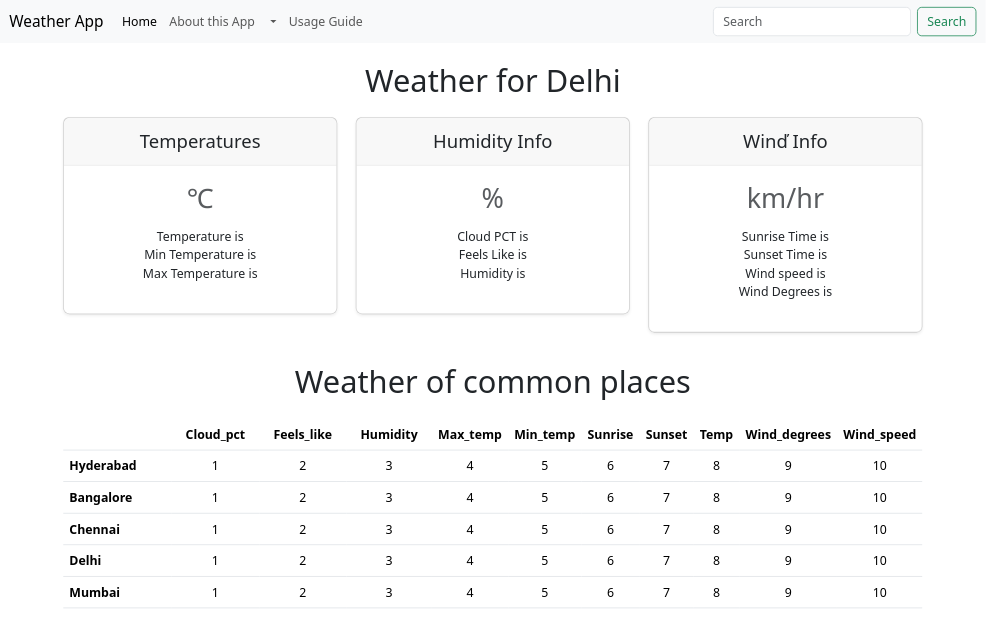
Repository: Abhilash2909/weather
Page: index.html
The author's editor kept a copy of each file at every save. The page is drawn from the files as they stood at one save, then again after a run of saves.
The browser window is 1280 px wide. The page is 1280 px wide, then 1292 px, so the pictures cover 1292 px, including what lies to the right of the window. The pictures show the whole page, at 77% of full size.
The page's requests for data from a server got no answer.

Above is the page before, as saved 2024-02-11 16:54:37.

### index.html
<!doctype html>
<html lang="en">
  <head>
    <meta charset="utf-8">
    <meta name="viewport" content="width=device-width, initial-scale=1">
    <title>My Weather App</title>
    <link href="https://cdn.jsdelivr.net/npm/bootstrap@5.3.2/dist/css/bootstrap.min.css" rel="stylesheet" integrity="sha384-T3c6CoIi6uLrA9TneNEoa7RxnatzjcDSCmG1MXxSR1GAsXEV/Dwwykc2MPK8M2HN" crossorigin="anonymous">
  </head>
  <body>
    <nav class="navbar navbar-expand-lg bg-body-tertiary">
        <div class="container-fluid">
          <a class="navbar-brand" href="#">Weather App</a>
          <button class="navbar-toggler" type="button" data-bs-toggle="collapse" data-bs-target="#navbarSupportedContent" aria-controls="navbarSupportedContent" aria-expanded="false" aria-label="Toggle navigation">
            <span class="navbar-toggler-icon"></span>
          </button>
          <div class="collapse navbar-collapse" id="navbarSupportedContent">
            <ul class="navbar-nav me-auto mb-2 mb-lg-0">
              <li class="nav-item">
                <a class="nav-link active" aria-current="page" href="#">Home</a>
              </li>
              <li class="nav-item">
                <a class="nav-link" href="#">About this App</a>
              </li>
              <li class="nav-item dropdown">
                <a class="nav-link dropdown-toggle" href="#" role="button" data-bs-toggle="dropdown" aria-expanded="false">
                </a>
                <ul class="dropdown-menu">
                  <li><a class="dropdown-item" href="#">Delhi</a></li>
                  <li><a class="dropdown-item" href="#">Seattle</a></li>
                  <li><a class="dropdown-item" href="#">Bangalore</a></li>
                </ul>
              </li>
              <li class="nav-item">
                <a class="nav-link" aria-disabled="true">Usage Guide</a>
              </li>
            </ul>
            <form class="d-flex" role="search">
              <input id="city" class="form-control me-2" type="search" placeholder="Search" aria-label="Search">
              <button class="btn btn-outline-success" type="submit" id="submit">Search</button>
            </form>
          </div>
        </div>
      </nav>

      <div class="container">
        <main>
          <h1 class= "my-4 text-center">Weather for <span id="cityName"></span></h1>
          <div class="row row-cols-1 row-cols-md-3 mb-3 text-center">
          <div class="col">
            <div class="card mb-4 rounded-3 shadow-sm">
              <div class="card-header py-3">
                <h4 class="my-0 fw-normal">Temperatures</h4>
              </div>
              <div class="card-body">
                <h1 class="card-title pricing-card-title"><span id="temp2"></span><small class="text-body-secondary fw-light"></span><span>&#8451;</span></small></h1>
                <ul class="list-unstyled mt-3 mb-4">
                  <li>Temperature is <span id="temp" ></span></li>
                  <li>Min Temperature is <span id="min_temp" ></span></li>
                  <li>Max Temperature is <span id="max_temp" ></span></li>
                </ul>
                <!-- <button type="button" class="w-100 btn btn-lg btn-outline-primary">Sign up for free</button> -->
              </div>
            </div>
          </div>
          <div class="col">
            <div class="card mb-4 rounded-3 shadow-sm">
              <div class="card-header py-3">
                <h4 class="my-0 fw-normal">Humidity Info</h4>
              </div>
              <div class="card-body">
                <h1 class="card-title pricing-card-title"><span id="humidity2" ></span><small class="text-body-secondary fw-light">%</small></h1>
                <ul class="list-unstyled mt-3 mb-4">
                  <li>Cloud PCT is <span id="cloud_pct" ></span></li>
                  <li>Feels Like is <span id="feels_like" ></span></li>
                  <li>Humidity is <span id="humidity" ></span></li>
                </ul>
                <!-- <button type="button" class="w-100 btn btn-lg btn-primary">Get started</button> -->
              </div>
            </div>
          </div>

          <div class="col">
            <div class="card mb-4 rounded-3 shadow-sm">
              <div class="card-header py-3">
                <h4 class="my-0 fw-normal">Winď Info</h4>
              </div>
              <div class="card-body">
                <h1 class="card-title pricing-card-title"><span id="wind_speed2" ></span><small class="text-body-secondary fw-light">km/hr</small></h1>
                <ul class="list-unstyled mt-3 mb-4">
                  <li>Sunrise Time is <span id="sunrise" ></span></li>
                  <li>Sunset Time is <span id="sunset" ></span></li>
                  <li>Wind speed is <span id="wind_speed" ></span></li>
                  <li>Wind Degrees is <span id="wind_degrees" ></span></li>
                </ul>
                <!-- <button type="button" class="w-100 btn btn-lg btn-primary">Contact us</button> -->
              </div>
            </div>
          </div>
        </div>

        <h2 class="display-6 text-center mb-4">Weather of common places</h2>

        <div class="table-responsive">
          <table class="table text-center">
            <thead>
              <tr>
                <th style="width: 34%;">   </th>
                <th style="width: 22%;"> Cloud_pct </th>
                <th style="width: 22%;"> Feels_like </th>
                <th style="width: 22%;"> Humidity </th>
                <th style="width: 22%;"> Max_temp </th>
                <th style="width: 22%;"> Min_temp </th>
                <th style="width: 22%;"> Sunrise </th>
                <th style="width: 22%;"> Sunset </th>
                <th style="width: 22%;"> Temp </th>
                <th style="width: 22%;"> Wind_degrees </th>
                <th style="width: 22%;"> Wind_speed </th>
              </tr>
            </thead>
            <tbody>
              <tr>
                <th scope="row" class="text-start">Hyderabad</th>
                <td>1</td>
                <td>2</td>
                <td>3</td>
                <td>4</td>
                <td>5</td>
                <td>6</td>
                <td>7</td>
                <td>8</td>
                <td>9</td>
                <td>10</td>
              </tr>
              <tr>
                <th scope="row" class="text-start">Bangalore</th>
                <td>1</td>
                <td>2</td>
                <td>3</td>
                <td>4</td>
                <td>5</td>
                <td>6</td>
                <td>7</td>
                <td>8</td>
                <td>9</td>
                <td>10</td>
              </tr>
            </tbody>

            <tbody>
              <tr>
                <th scope="row" class="text-start">Chennai</th>
                <td>1</td>
                <td>2</td>
                <td>3</td>
                <td>4</td>
                <td>5</td>
                <td>6</td>
                <td>7</td>
                <td>8</td>
                <td>9</td>
                <td>10</td>
              </tr>
              <tr>
                <th scope="row" class="text-start">Delhi</th>
                <td>1</td>
                <td>2</td>
                <td>3</td>
                <td>4</td>
                <td>5</td>
                <td>6</td>
                <td>7</td>
                <td>8</td>
                <td>9</td>
                <td>10</td>
              </tr>
              <tr>
                <th scope="row" class="text-start">Mumbai</th>
                <td>1</td>
                <td>2</td>
                <td>3</td>
                <td>4</td>
                <td>5</td>
                <td>6</td>
                <td>7</td>
                <td>8</td>
                <td>9</td>
                <td>10</td>
              </tr>
            </tbody>
          </table>
        </div>
      </main></div>
    <script src="https://cdn.jsdelivr.net/npm/bootstrap@5.3.2/dist/js/bootstrap.bundle.min.js" integrity="sha384-C6RzsynM9kWDrMNeT87bh95OGNyZPhcTNXj1NW7RuBCsyN/o0jlpcV8Qyq46cDfL" crossorigin="anonymous"></script>
    <script src="script.js"></script>
</body>
</html>

### script.js

// const url = 'https://weather-by-api-ninjas.p.rapidapi.com/v1/weather?city=Seattle';
// const options = {
//     method: 'GET',
//     headers: {
//         'X-RapidAPI-Key': '9f5fc666cemsh950495f18781500p1999a7jsna0d8657b4aba',
//         'X-RapidAPI-Host': 'weather-by-api-ninjas.p.rapidapi.com'
//     }
// };

// async function fetchData() {
//     try {
//         const response = await fetch(url, options);
//         const result = await response.text();
//         console.log(result);
//     } catch (error) {
//         console.error(error);
//     }
// }

// fetchData();


// const url = 'https://weather-by-api-ninjas.p.rapidapi.com/v1/weather?city=Seattle';
// const options = {
// 	method: 'GET',
// 	headers: {
// 		'X-RapidAPI-Key': '9f5fc666cemsh950495f18781500p1999a7jsna0d8657b4aba',
// 		'X-RapidAPI-Host': 'weather-by-api-ninjas.p.rapidapi.com'
// 	}
// };

// try {
// 	const response = await fetch(url, options);
// 	const result = await response.text();
// 	console.log(result);
// } catch (error) {
// 	console.error(error);
// }



const options = {
    method: 'GET',
    headers: {
      'X-RapidAPI-Key': 'b45e96323fmshf5e4bc50d3b8a90p1e091djsnfb21cde4eb87',
      'X-RapidAPI-Host': 'weather-by-api-ninjas.p.rapidapi.com'
    }
  };
const getWeather = (city) => {
  cityName.innerHTML = city
  fetch('https://weather-by-api-ninjas.p.rapidapi.com/v1/weather?city=' + city, options)
    .then(response => response.json())
    .then((response) => {
      console.log(response)
      cloud_pct.innerHTML = response.cloud_pct
      temp.innerHTML = response.temp
      temp2.innerHTML = response.temp
      feels_like.innerHTML = response.feels_like
      humidity.innerHTML = response.humidity
      humidity2.innerHTML = response.humidity
      min_temp.innerHTML = response.min_temp
      max_temp.innerHTML = response.max_temp
      wind_speed.innerHTML = response.wind_speed
      wind_speed2.innerHTML = response.wind_speed
      wind_degrees.innerHTML = response.wind_degrees
      sunrise.innerHTML = response.sunrise
      sunset.innerHTML = response.sunset
    })
    .catch(error => console.error(error));
}

submit.addEventListener("click", (e)=>{
  e.preventDefault()
  getWeather(city.value)
})

getWeather("Delhi")

After the next 2 saves:
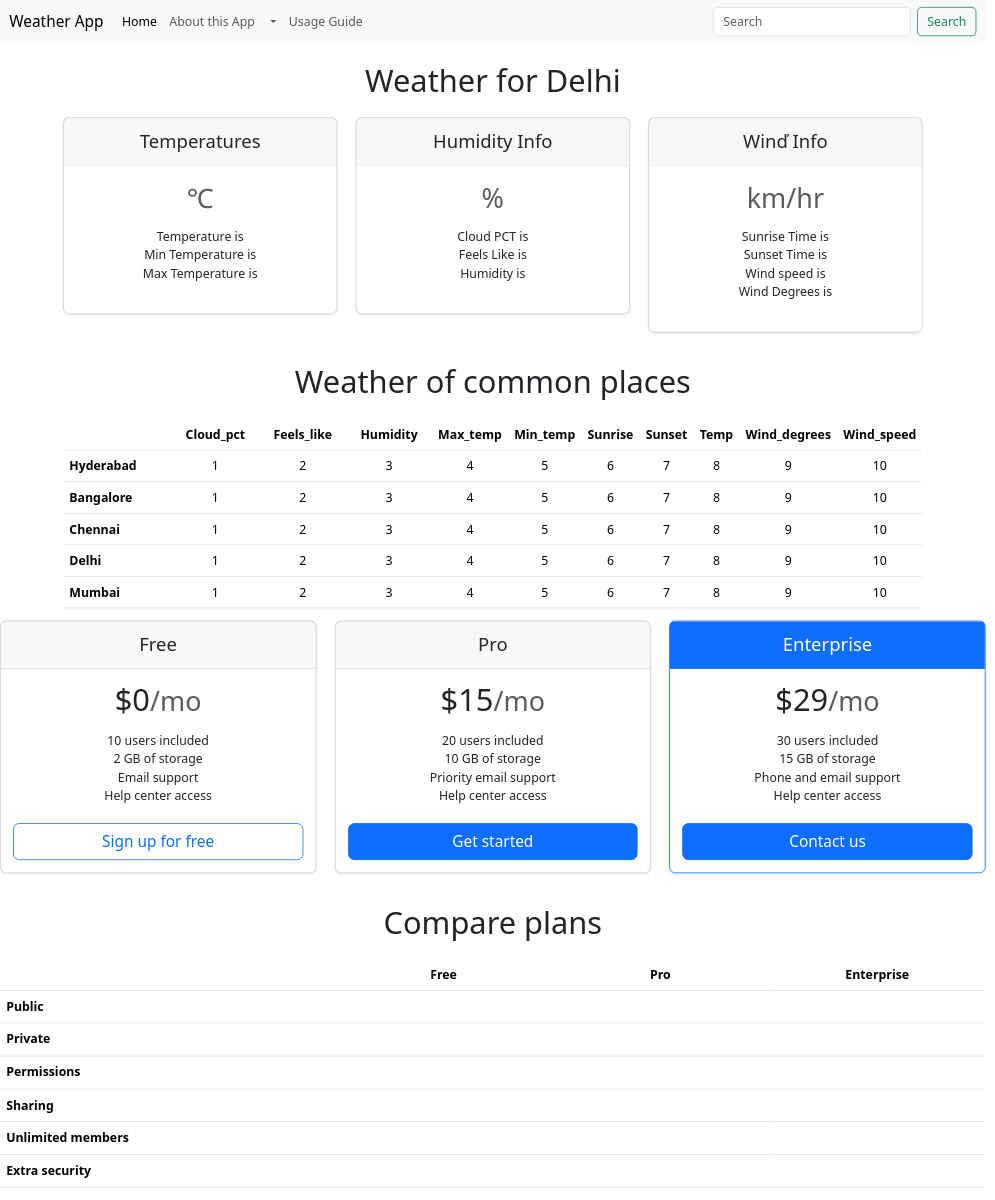
The 2 saves are shown as one change because they came seconds apart.
The last was saved 4 min 23 s later.
--- a/index.html
+++ b/index.html
@@ -194,3 +194,116 @@
     <script src="script.js"></script>
 </body>
 </html>
+
+
+<main>
+  <div class="row row-cols-1 row-cols-md-3 mb-3 text-center">
+    <div class="col">
+      <div class="card mb-4 rounded-3 shadow-sm">
+        <div class="card-header py-3">
+          <h4 class="my-0 fw-normal">Free</h4>
+        </div>
+        <div class="card-body">
+          <h1 class="card-title pricing-card-title">$0<small class="text-body-secondary fw-light">/mo</small></h1>
+          <ul class="list-unstyled mt-3 mb-4">
+            <li>10 users included</li>
+            <li>2 GB of storage</li>
+            <li>Email support</li>
+            <li>Help center access</li>
+          </ul>
+          <button type="button" class="w-100 btn btn-lg btn-outline-primary">Sign up for free</button>
+        </div>
+      </div>
+    </div>
+    <div class="col">
+      <div class="card mb-4 rounded-3 shadow-sm">
+        <div class="card-header py-3">
+          <h4 class="my-0 fw-normal">Pro</h4>
+        </div>
+        <div class="card-body">
+          <h1 class="card-title pricing-card-title">$15<small class="text-body-secondary fw-light">/mo</small></h1>
+          <ul class="list-unstyled mt-3 mb-4">
+            <li>20 users included</li>
+            <li>10 GB of storage</li>
+            <li>Priority email support</li>
+            <li>Help center access</li>
+          </ul>
+          <button type="button" class="w-100 btn btn-lg btn-primary">Get started</button>
+        </div>
+      </div>
+    </div>
+    <div class="col">
+      <div class="card mb-4 rounded-3 shadow-sm border-primary">
+        <div class="card-header py-3 text-bg-primary border-primary">
+          <h4 class="my-0 fw-normal">Enterprise</h4>
+        </div>
+        <div class="card-body">
+          <h1 class="card-title pricing-card-title">$29<small class="text-body-secondary fw-light">/mo</small></h1>
+          <ul class="list-unstyled mt-3 mb-4">
+            <li>30 users included</li>
+            <li>15 GB of storage</li>
+            <li>Phone and email support</li>
+            <li>Help center access</li>
+          </ul>
+          <button type="button" class="w-100 btn btn-lg btn-primary">Contact us</button>
+        </div>
+      </div>
+    </div>
+  </div>
+
+  <h2 class="display-6 text-center mb-4">Compare plans</h2>
+
+  <div class="table-responsive">
+    <table class="table text-center">
+      <thead>
+        <tr>
+          <th style="width: 34%;"></th>
+          <th style="width: 22%;">Free</th>
+          <th style="width: 22%;">Pro</th>
+          <th style="width: 22%;">Enterprise</th>
+        </tr>
+      </thead>
+      <tbody>
+        <tr>
+          <th scope="row" class="text-start">Public</th>
+          <td><svg class="bi" width="24" height="24"><use xlink:href="#check"></use></svg></td>
+          <td><svg class="bi" width="24" height="24"><use xlink:href="#check"></use></svg></td>
+          <td><svg class="bi" width="24" height="24"><use xlink:href="#check"></use></svg></td>
+        </tr>
+        <tr>
+          <th scope="row" class="text-start">Private</th>
+          <td></td>
+          <td><svg class="bi" width="24" height="24"><use xlink:href="#check"></use></svg></td>
+          <td><svg class="bi" width="24" height="24"><use xlink:href="#check"></use></svg></td>
+        </tr>
+      </tbody>
+
+      <tbody>
+        <tr>
+          <th scope="row" class="text-start">Permissions</th>
+          <td><svg class="bi" width="24" height="24"><use xlink:href="#check"></use></svg></td>
+          <td><svg class="bi" width="24" height="24"><use xlink:href="#check"></use></svg></td>
+          <td><svg class="bi" width="24" height="24"><use xlink:href="#check"></use></svg></td>
+        </tr>
+        <tr>
+          <th scope="row" class="text-start">Sharing</th>
+          <td></td>
+          <td><svg class="bi" width="24" height="24"><use xlink:href="#check"></use></svg></td>
+          <td><svg class="bi" width="24" height="24"><use xlink:href="#check"></use></svg></td>
+        </tr>
+        <tr>
+          <th scope="row" class="text-start">Unlimited members</th>
+          <td></td>
+          <td><svg class="bi" width="24" height="24"><use xlink:href="#check"></use></svg></td>
+          <td><svg class="bi" width="24" height="24"><use xlink:href="#check"></use></svg></td>
+        </tr>
+        <tr>
+          <th scope="row" class="text-start">Extra security</th>
+          <td></td>
+          <td></td>
+          <td><svg class="bi" width="24" height="24"><use xlink:href="#check"></use></svg></td>
+        </tr>
+      </tbody>
+    </table>
+  </div>
+</main>
